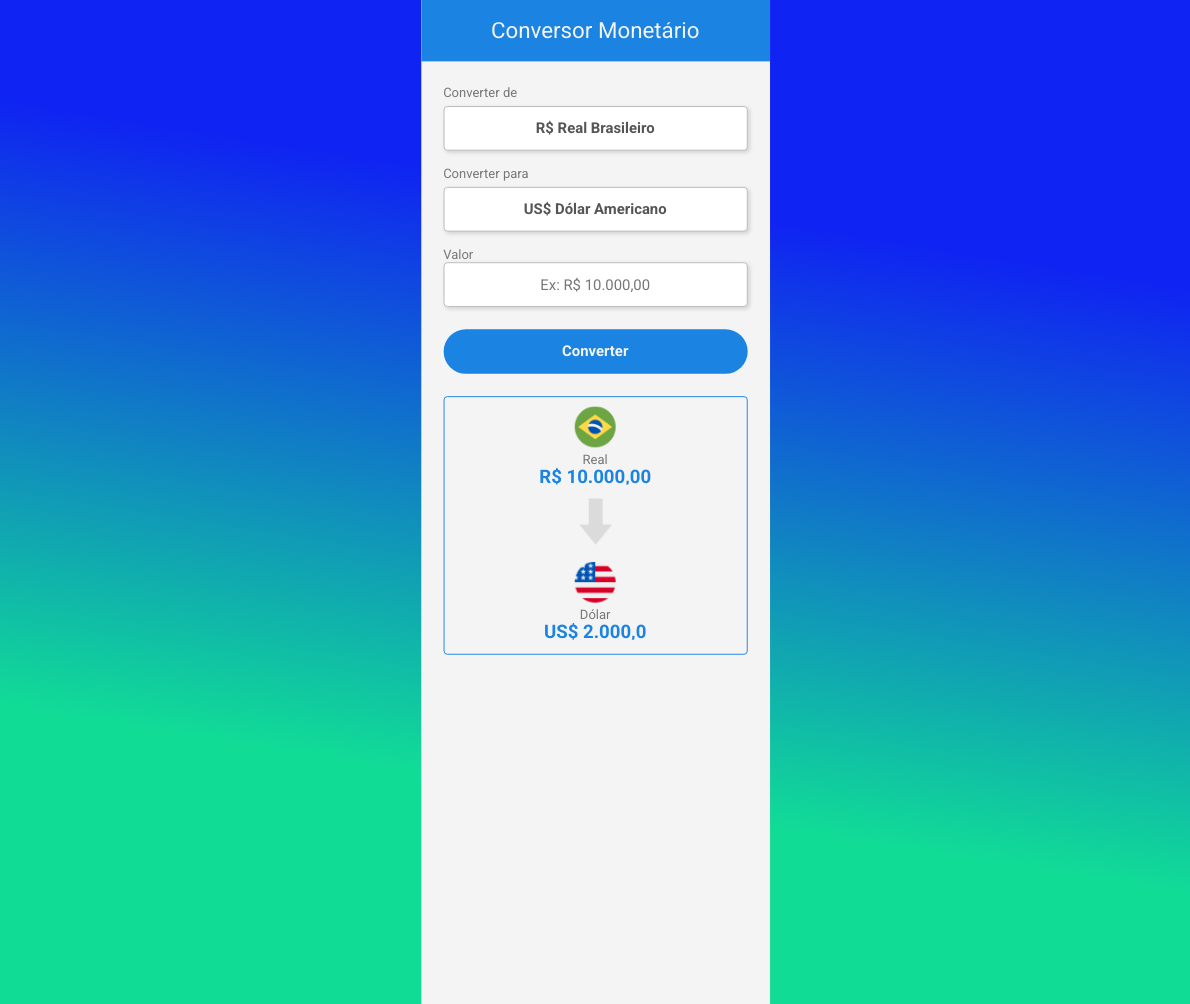
Repository: isayrous/coin-converter
Page: index.html
These files come from the project's save history. The page is drawn as it stood at one moment and after the next save; the edit follows.
The browser window is 1280 px wide. The pictures show the whole page, at 93% of full size.

Above is the page before, as saved 2022-11-02 21:51:06.

### index.html
<!DOCTYPE html>
<html lang="pt-br">
<head>
    <meta charset="UTF-8">
    <meta http-equiv="X-UA-Compatible" content="IE=edge">
    <meta name="viewport" content="width=device-width, initial-scale=1.0">
    <link rel='stylesheet' href="./style.css">
    <link rel="preconnect" href="https://fonts.googleapis.com">
    <link rel="preconnect" href="https://fonts.gstatic.com" crossorigin>
    <link href="https://fonts.googleapis.com/css2?family=Roboto:wght@400;700&display=swap" rel="stylesheet">
    <title>Conversor Monetário</title>
</head>
<body>
    <div class="container">

        <header>
            <h1>Conversor Monetário</h1>
        </header>

        <main>
            <label>
                Converter <strong>de</strong>
                <select id="first-select">
                    <option>R$ Real Brasileiro</option>
                    <option>US$ Dólar Americano</option>
                    <option>Bitcoin</option>
                    <option>€ Euro</option>
                </select>
            </label>

            <label>
                Converter <strong>para</strong>
                <select id="seccond-select">
                    <option>US$ Dólar Americano</option>
                    <option>Bitcoin</option>
                    <option>€ Euro</option>
                    <option>R$ Real Brasileiro</option>
                </select>
            </label>

            <label>
                <b>Valor</b>
                <input id='values' placeholder="Ex: R$ 10.000,00">
            </label>

            <button id="button-converter" >Converter</button>

            <section>
                <div>
                    <img id="currency-img1" src="./assets/BRL.png">
                    <p id="first-currency">Real</p>
                    <p id="return-input1" class="value">R$ 10.000,00</p>
                </div>

                <img src="./assets/Vector.png"><br>

                <div>
                    <img id="currency-img2" src="./assets/USA.png">
                    <p id ="seccond-currency">Dólar</p>
                    <p id="return-input2" class="value">US$ 2.000,0</p>
                </div>

            </section>

        </main>

    </div>

</body>
<script src='./scripts.js'></script>
</html>

### style.css
* {
    padding: 0;
    margin: 0;
    box-sizing: border-box;
    font-family: 'Roboto', sans-serif;
    font-style: normal;
    font-weight: normal;
    line-height: 18px;
    overflow: hidden;
}

body{
    background: linear-gradient(189deg, rgba(15,35,242,1) 24%, rgba(17,220,150,1) 75%);
    width: 100vw;
    height: 150vh;
    display: flex;
    justify-content: center;
}

.container {
    width: 375px;
    background-color: #F4F4F4;
}

header {
    background-color: #1b83e2;
    height: 66px;
    display: flex;
    justify-content: center;
    align-items: center;
}

h1 {
    font-size: 24px;
    color:#F4F4F4;

}

main {
    padding: 24px;
}

label{
    font-weight: 400;
    font-size: 14px;
    color: #777777;
    width: 375px;
}

select{
    width: 327px;
    height: 48px;
    background: #FFFFFF;
    border: 1px solid #BBBBBB;
    border-radius: 4px;
    font-weight: 700;
    font-size: 16px;
    color: #555555;
    text-align: center;
    display: block;
    cursor: pointer;
    outline: none;
    appearance: none;
    box-shadow: 2px 2px 5px 0px #00000026;
    margin-bottom: 15px;
    margin-top: 6px;
}

input{
    width: 327px;
    height: 48px;
    background: #FFFFFF;
    border: 1px solid #BBBBBB;
    border-radius: 4px;
    font-weight: 700;
    font-size: 16px;
    color: #555555;
    text-align: center;
    box-shadow: 2px 2px 5px 0px #00000026;
    outline: none;

}

button {
    background: #1B83E2;
    border-radius: 25px;
    height: 48px;
    width: 327px;
    font-weight: 700;
    font-size: 16px;
    color: #F4F4F4;
    margin: 24px 0px 24px;
    border: none;
    cursor: pointer;
}

button:hover {
    opacity: 0.8;
}

button:active {
    opacity: 0.7;
}

section{
    border: 1px solid #1B83E2;
    border-radius: 4px;
    padding-top: 10px;
    display: flex;
    flex-direction: column;
    align-items: center;
    text-align: center;
}

p {
    font-weight: 400;
    font-size: 14px;
    color: #777777;
}

.value {
    color: #1B83E2;
    font-weight: 700;
    font-size: 20px;
    margin-bottom: 15px;
}

input::placeholder{color: #777777;
    font-weight: 100;}

### scripts.js
const convert = document.getElementById("button-converter")
const select2 = document.getElementById("seccond-select")
const select1 = document.getElementById("first-select")
/* REAL, DOLAR, BITCOIN , EURO */
const real = [5.16, 5.08]
const dolar = [0.19 , 0.98]
const euro = [0.20 , 1.02]
const bitcoin = [98137.74 , 19010.10 , 19269.79]


const convertvalue = () => {
    const input = document.getElementById("values").value
    const returninput1 = document.getElementById("return-input1")
    const returninput2 = document.getElementById("return-input2")
    /* RETURNS DO INPUT 1 */

    if (select1.value === 'R$ Real Brasileiro') {
        returninput1.innerHTML = new Intl.NumberFormat('pt-BR', {
            style: 'currency', currency: 'BRL'
        }).format(input)

        if (select2.value === 'US$ Dólar Americano') {
            returninput2.innerHTML = new Intl.NumberFormat('en-US', {
                style: 'currency', currency: 'USD'
            }).format(input * dolar[0])
        }
        else if (select2.value === '€ Euro') {
            returninput2.innerHTML = new Intl.NumberFormat('de-DE', {
                style: 'currency', currency: 'EUR'
            }).format(input * euro[0])
        }
        else if (select2.value === 'Bitcoin'){
            returninput2.innerHTML = (input / bitcoin[0]).toFixed(2)
        }
        else if (select2.value === 'R$ Real Brasileiro') {
            returninput2.innerHTML = new Intl.NumberFormat('pt-BR', {
                style: 'currency', currency: 'BRL'
            }).format(input)
        }
    }


    else if (select1.value === 'US$ Dólar Americano') {
        returninput1.innerHTML = new Intl.NumberFormat('en-US', {
            style: 'currency', currency: 'USD'
        }).format(input)

        if (select2.value === 'US$ Dólar Americano') {
            returninput2.innerHTML = new Intl.NumberFormat('en-US', {
                style: 'currency', currency: 'USD'
            }).format(input)
        }
        else if (select2.value === '€ Euro') {
            returninput2.innerHTML = new Intl.NumberFormat('de-DE', {
                style: 'currency', currency: 'EUR'
            }).format(input * euro[1])
        }
        else if (select2.value === 'Bitcoin'){
            returninput2.innerHTML = (input / bitcoin[1]).toFixed(2)
        }
        else if (select2.value === 'R$ Real Brasileiro') {
            returninput2.innerHTML = new Intl.NumberFormat('pt-BR', {
                style: 'currency', currency: 'BRL'
            }).format(input * real[0])
        }

    }

    else if (select1.value === '€ Euro') {
        returninput1.innerHTML = new Intl.NumberFormat('de-DE', {
            style: 'currency', currency: 'EUR'
        }).format(input)

        if (select2.value === 'US$ Dólar Americano') {
            returninput2.innerHTML = new Intl.NumberFormat('en-US', {
                style: 'currency', currency: 'USD'
            }).format(input * dolar[1])
        }
        else if (select2.value === '€ Euro') {
            returninput2.innerHTML = new Intl.NumberFormat('de-DE', {
                style: 'currency', currency: 'EUR'
            }).format(input)
        }
        else if (select2.value === 'Bitcoin'){
            returninput2.innerHTML = (input / bitcoin[1]).toFixed(2)
        }
        else if (select2.value === 'R$ Real Brasileiro') {
            returninput2.innerHTML = new Intl.NumberFormat('pt-BR', {
                style: 'currency', currency: 'BRL'
            }).format(input * real[1])
        }
    }

    else if (select1.value === 'Bitcoin') {
        returninput1.innerHTML = (input)

        if (select2.value === 'US$ Dólar Americano') {
            returninput2.innerHTML = new Intl.NumberFormat('en-US', {
                style: 'currency', currency: 'USD'
            }).format(input * bitcoin[1])
        }
        else if (select2.value === '€ Euro') {
            returninput2.innerHTML = new Intl.NumberFormat('de-DE', {
                style: 'currency', currency: 'EUR'
            }).format(input * bitcoin[2])
        }
        else if (select2.value === 'Bitcoin'){
            returninput2.innerHTML = (input)
        }
        else if (select2.value === 'R$ Real Brasileiro') {
            returninput2.innerHTML = new Intl.NumberFormat('pt-BR', {
                style: 'currency', currency: 'BRL'
            }).format(input * bitcoin[0])
        }


    }

}

const change2 = () => {
    const currencyName2 = document.getElementById("seccond-currency")
    const currencyImg2 = document.getElementById("currency-img2")

    if (select2.value === '€ Euro') {
        currencyName2.innerHTML = '€ Euro'
        currencyImg2.src = "./assets/EURO.png"
    } else if (select2.value === 'Bitcoin') {
        currencyName2.innerHTML = 'Bitcoin'
        currencyImg2.src = "./assets/BITCOIN.png"
    } else if (select2.value === 'US$ Dólar Americano') {
        currencyName2.innerHTML = 'Dólar'
        currencyImg2.src = "./assets/USA.png"
    } else if (select2.value === 'R$ Real Brasileiro') {
        currencyName2.innerHTML = 'Real'
        currencyImg2.src = "./assets/BRL.png"
    }

    convertvalue()
}

const change1 = () => {
    const currencyName1 = document.getElementById("first-currency")
    const currencyImg1 = document.getElementById("currency-img1")

    if (select1.value === '€ Euro') {
        currencyName1.innerHTML = '€ Euro'
        currencyImg1.src = "./assets/EURO.png"
    } else if (select1.value === 'Bitcoin') {
        currencyName1.innerHTML = 'Bitcoin'
        currencyImg1.src = "./assets/BITCOIN.png"
    } else if (select1.value === 'US$ Dólar Americano') {
        currencyName1.innerHTML = 'Dólar'
        currencyImg1.src = "./assets/USA.png"
    } else if (select1.value === 'R$ Real Brasileiro') {
        currencyName1.innerHTML = 'Real'
        currencyImg1.src = "./assets/BRL.png"
    }
    convertvalue()

}

convert.addEventListener('click', convertvalue)
select1.addEventListener('change', change1)
select2.addEventListener('change', change2)

After the next save:
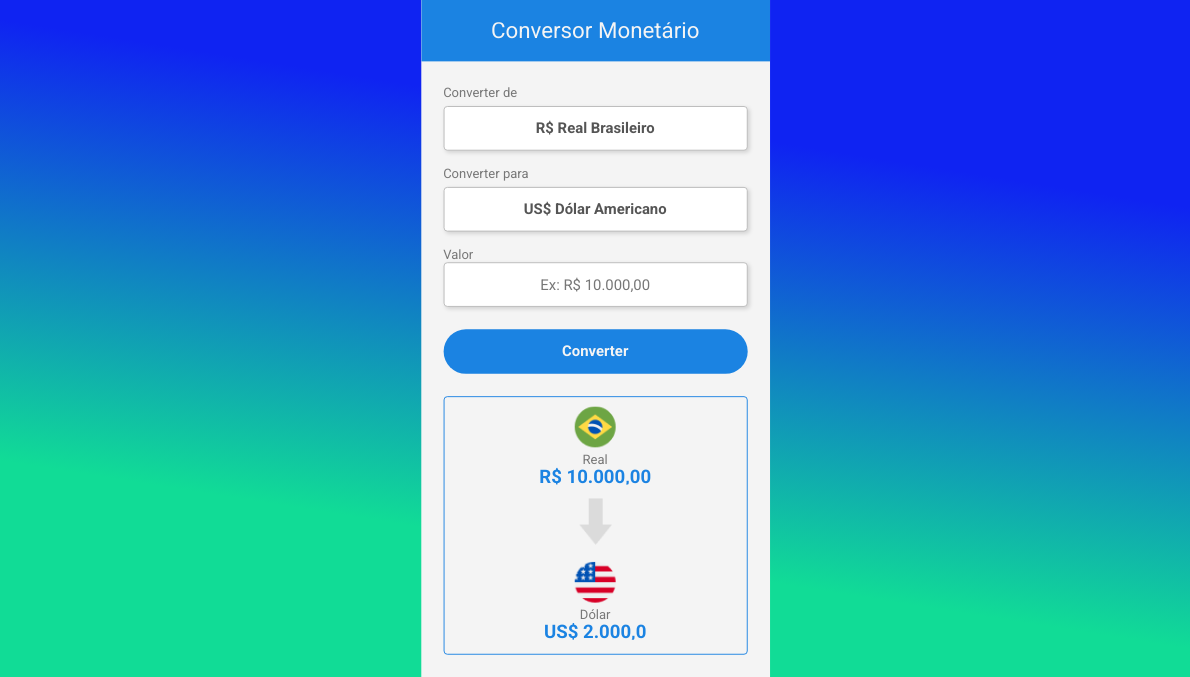
Saved 16 s later.
--- a/style.css
+++ b/style.css
@@ -12,7 +12,7 @@
 body{
     background: linear-gradient(189deg, rgba(15,35,242,1) 24%, rgba(17,220,150,1) 75%);
     width: 100vw;
-    height: 150vh;
+    height: 100%;
     display: flex;
     justify-content: center;
 }
